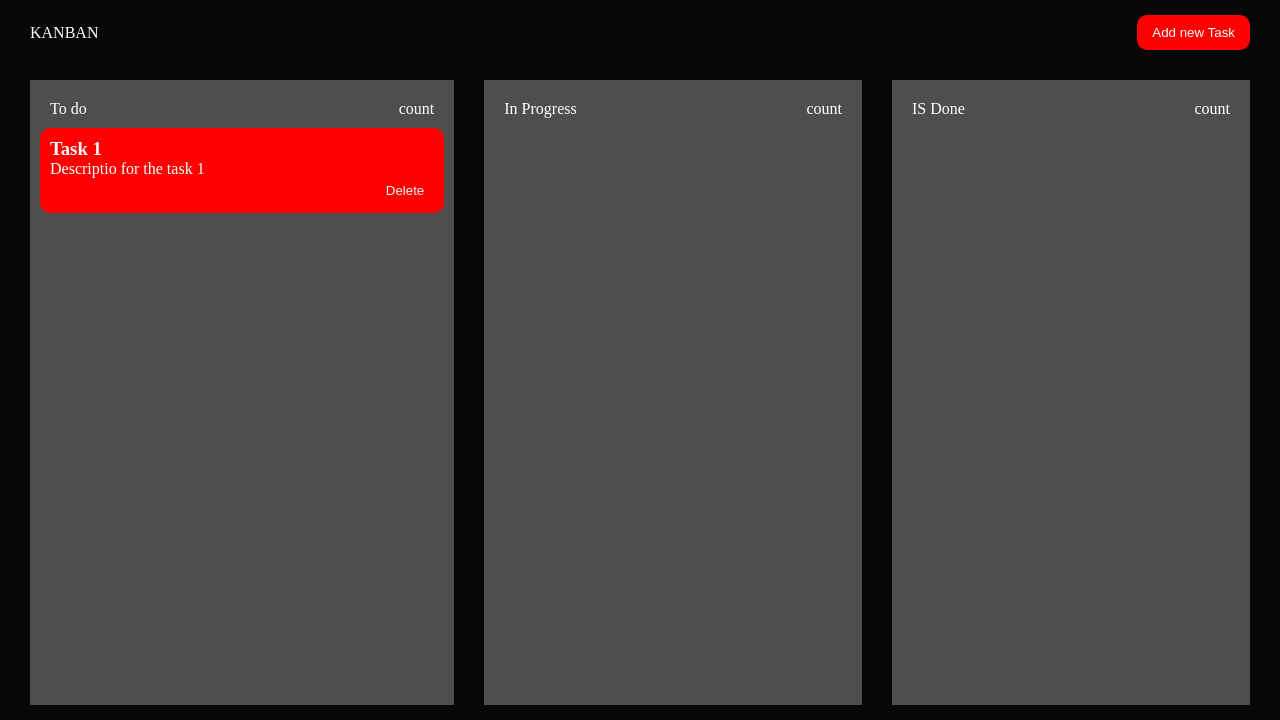
Repository: Sandeepji-5/Kanban-board
Page: index.html
These files come from the project's save history. The page is drawn as it stood at one moment and after the next save; the edit follows.
The browser window is 1280 px wide. The pictures show the whole page.

Above is the page before, as saved 2025-12-09 14:11:41.

### index.html
<!DOCTYPE html>
<html lang="en">
<head>
    <meta charset="UTF-8">
    <meta name="viewport" content="width=device-width, initial-scale=1.0">
    <title>Document</title>
    <link rel="stylesheet" href="style.css">
</head>
<body>
    <main>
        <nav>
            <div class="left">KANBAN</div>
            <div class="right"><button id="toggle-modal">Add new Task</button></div>
        </nav>
        <section class="board">
            <div   id="todo" class="task-column">
                <div class="heading">
                    <div class="left">To do </div>
                      <div class="right">count</div>
                </div>
                <div draggable="true" class="task">
                    <h3>Task 1</h3>
                    <p>Descriptio for the task 1 </p>
                    <button>Delete</button>
                </div>
            </div>
            <div id="progress" class="task-column">
                <div class="heading">
                    <div class="left">In Progress</div>
                    <div class="right">count</div>
                </div>

            </div>
            <div  id="done"   class="task-column">
                <div class="heading">
                    <div class="left">IS Done </div>
                    <div class="right"> count</div>
                </div>

            </div>
        </section>


    </main>

    <div class="modal add-new-tast">
        <input type="text" placeholder="Task title"/>
        <textarea placeholder="Task Description"></textarea>
        <button id="add-new-task" class="add-task-btn"> Add Task</button>
    </div>
    <script src="kanban.js"></script>
</body>
</html>

### style.css
* {
    margin: 0;
    padding: 0;

    box-sizing: border-box;
}

html,
body {
    width: 100%;
    height: 100%;

}

:root {
    --bg-color: #0000000;
    --bg-button-color: rgb(79, 77, 77);
    --primary-text-color: #f4f4f4;
    --bg-task-color:gray;
    --bg-delete-color:red;



    /* padding 1 rem 2 rem */
    --nav-padding: 15px 30px;
    --section-padding: 15px 30px;
    --padding-s: 5px;
    --padding-m: 10px;
    --padding-l: 15px;
    --padding-xl: 20px;
    --padding-xxl: 30px;


    /* border radius variable  */



    --border-radius-s:5px;
    --border-radius-m:10px;
    --border-radius-l:15px;
    --border-radius-xl:20px;
    --border-radius-xxl:30px;


}

body {
    background-color: rgb(7, 7, 7);
    color: white;
}
main{
    display: flex;
    height: 100%;
    width: 100%;
    flex-direction: column;


}

nav{
    padding: var(--nav-padding);
    display: flex;
    align-items: center;
    justify-content: space-between;

}
nav button{
    background-color: red;
    color: white;
    border: none;
    outline: none;
    padding: var(  --padding-m) var(  --padding-l);
    cursor: pointer;
    border-radius:var(--border-radius-m) ;

}


section{
    padding:var(--section-padding);
    /* height: 100%; */
    display: flex;
    flex-grow: 1;
    justify-content: space-between;

    gap: var(--padding-xxl);

}
section .task-column{
    padding: var(--padding-m);
    background-color: var(--bg-button-color);
    flex-grow: 1  ;
    padding: var(--padding-m)  ;
    display: flex;
    flex-direction: column;
    transition: all 0.7s cubic-bezier(0.19, 1, 0.22, 1);




}
section .task-column.hover-over {
     border: 2px dashed rgb(247, 246, 246);
    transform: scale(1.05);
}
section .task-column .heading{
    display: flex;
    justify-content: space-between ;
    padding: var(--padding-m);
}


section .task-column  .task{

    display: flex;
    flex-direction: column;
    padding: var(--padding-m);
    border-radius: var(--border-radius-m);
    /* background-color: var(--bg-task-color); */
     background-color:red;


}

section .task-column .task button{
    align-self: flex-end;
    cursor: pointer;
    padding: var(--padding-s) var(--padding-m);
    border-radius: var(--border-radius-s);
    border: none;
    outline: none;
    background-color: var(--bg-delete-color);
    color: var(--primary-text-color)  ;
}

.modal{
    display: flex;
    flex-direction: column;
    align-items: center;
    height: 100vh;
    justify-content: center;
    display: none;
}
.modal.active{
    display: flex;
}

### kanban.js
const todo = document.querySelector('#todo');
const progress = document.querySelector('#progress')
const done = document.querySelector('#done');
const tasks = document.querySelectorAll('.task');
let draggedElement = null;
const toggleModal = document.querySelector('#toggle-modal');
const modal = document.querySelector('.modal')

tasks.forEach(task => {
    task.addEventListener("drag", () => {

        draggedElement = task;
    })
})

// progress.addEventListener('dragenter',(e)=>{
//     progress.classList.add('hover-over');
// })


// progress.addEventListener('dragleave', (e)=>{
//     progress.classList.remove('hover-over');
// })


function addDragEventsOnColumn(column) {

    column.addEventListener('dragenter', (e) => {
        e.preventDefault();
        column.classList.add('hover-over');
    });

    column.addEventListener('dragleave', (e) => {
        e.preventDefault();
        column.classList.remove('hover-over');
    })

    column.addEventListener("dragover", (e) => {
        e.preventDefault();
    })

    column.addEventListener('drop', (e) => {

        column.appendChild(draggedElement)
        console.log("draggedElement", draggedElement, column);
        column.classList.remove('hover-over')
         e.preventDefault();
    })

}

addDragEventsOnColumn(todo);
addDragEventsOnColumn(progress)
addDragEventsOnColumn(done)


toggleModal.addEventListener('click',()=>{
modal.classList.add('active');
})

After the next save:
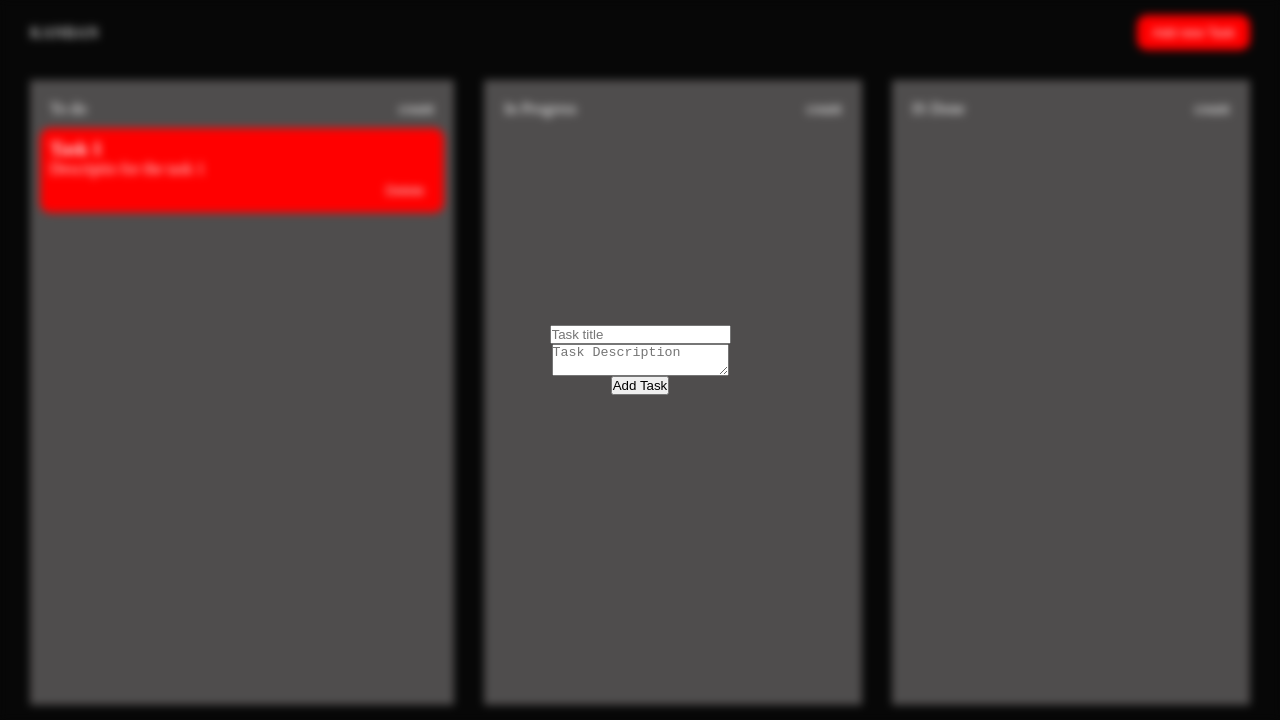
Saved 10 min 57 s later.
--- a/style.css
+++ b/style.css
@@ -135,11 +135,15 @@
 
 .modal{
     display: flex;
+    position: fixed;
+    top: 0;
     flex-direction: column;
     align-items: center;
-    height: 100vh;
     justify-content: center;
-    display: none;
+    width: 100%;
+    height: 100%;
+    gap:var(--space-lg);
+    backdrop-filter: blur(4px);
 }
 .modal.active{
     display: flex;

After the save that followed:
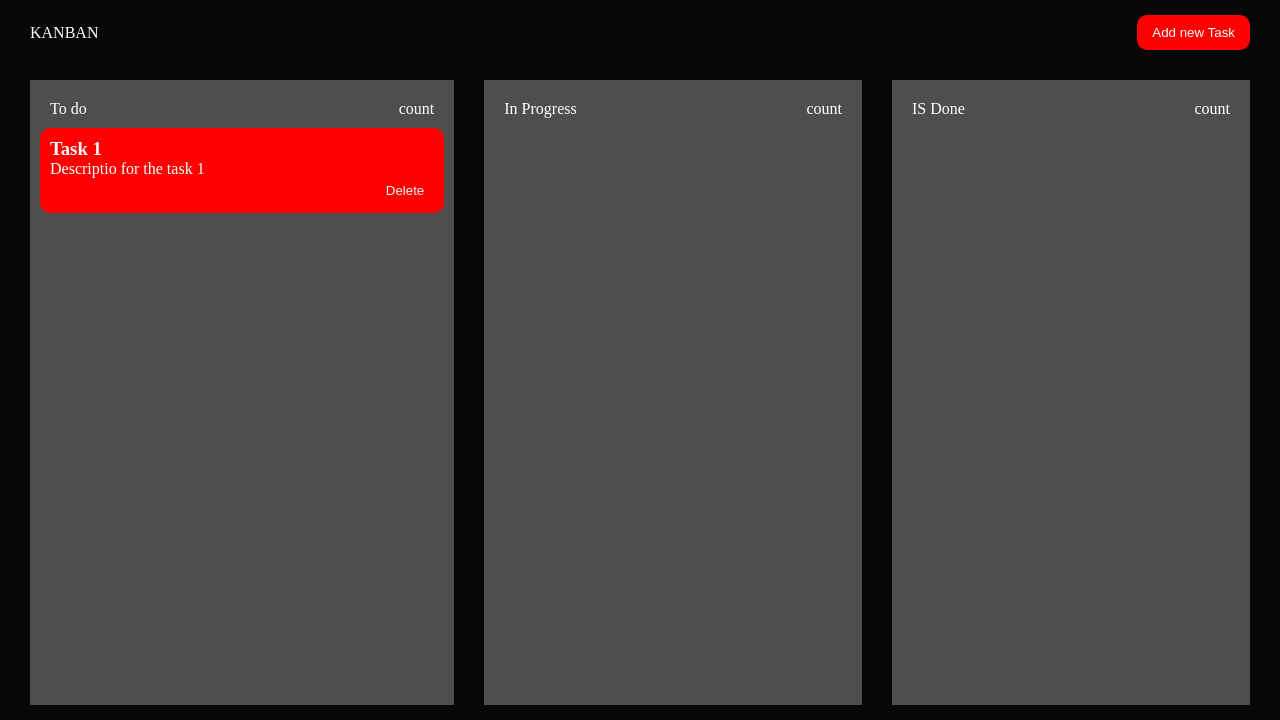
Saved 15 s later.
--- a/style.css
+++ b/style.css
@@ -134,7 +134,7 @@
 }
 
 .modal{
-    display: flex;
+    display: none;
     position: fixed;
     top: 0;
     flex-direction: column;
